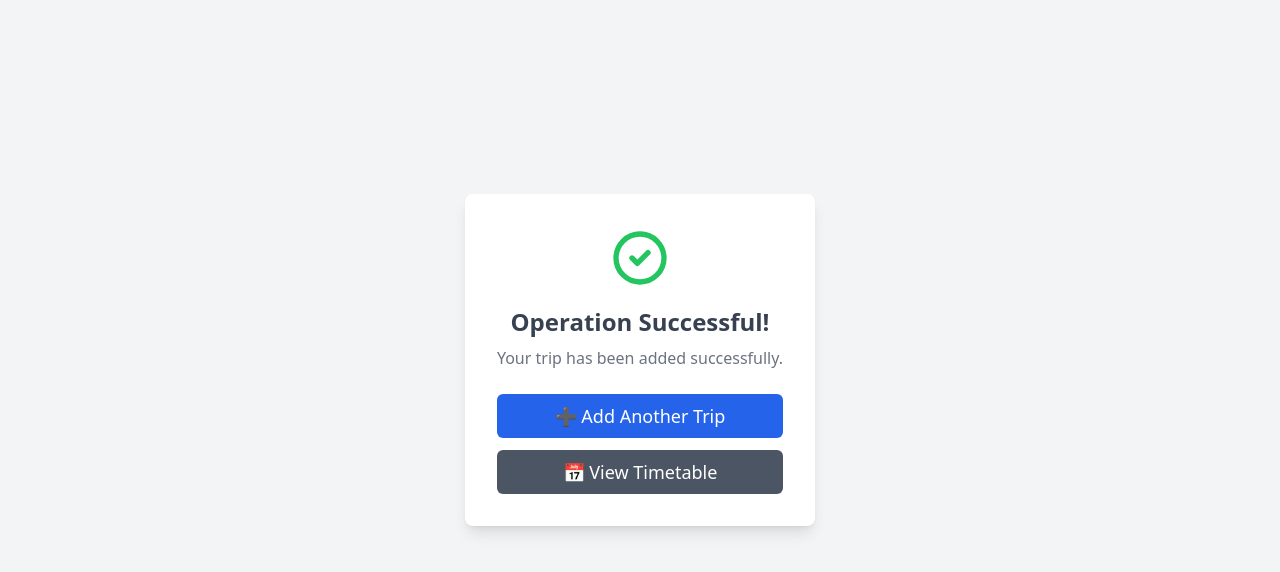
Repository: Trailblazer-dev/Academic-Trip-Booking-System
Page: http://localhost/AcademicTripSystem/success.jsp
The author's editor kept a copy of each file at every save. The page is drawn from the files as they stood at one save, then again after the next save.
The browser window is 1280 px wide. The pictures show the whole page.
Some web libraries are served in a nearby version. The page is served by Tomcat 9.

Above is the page before, as saved 2025-02-25 10:36:21.

After the next save:
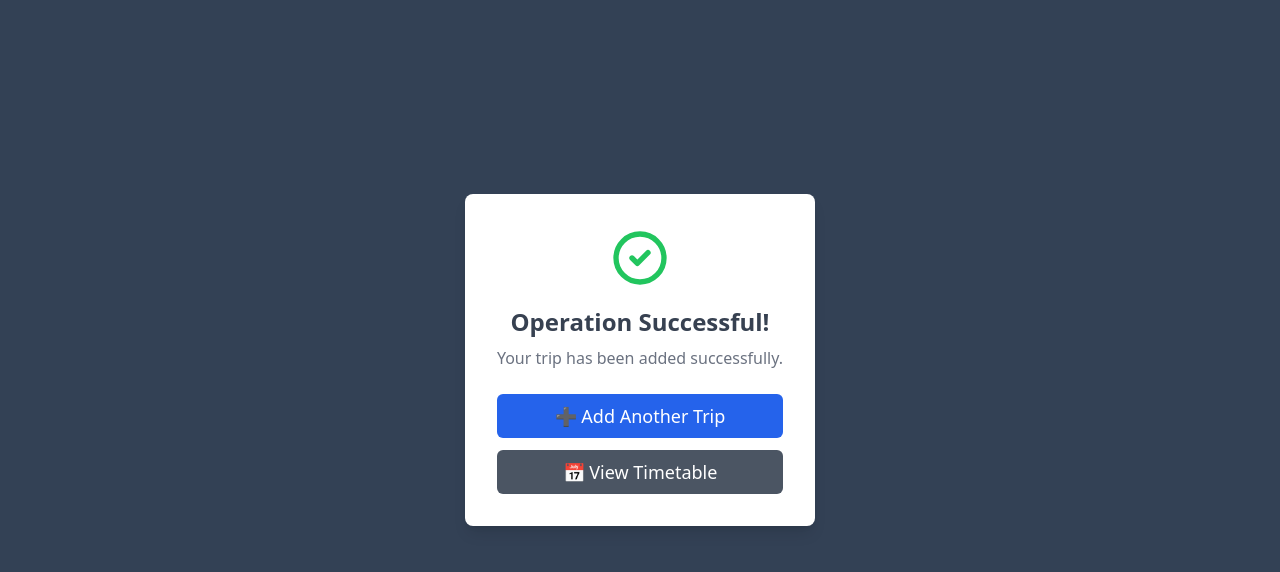
Saved 38 s later.
--- a/AcademicTripSystem/src/main/webapp/success.jsp
+++ b/AcademicTripSystem/src/main/webapp/success.jsp
@@ -4,7 +4,7 @@
     <title>Success</title>
     <script src="https://cdn.tailwindcss.com"></script>
 </head>
-<body class="flex items-center justify-center h-screen bg-gray-100">
+<body class="flex items-center justify-center h-screen bg-slate-700">
     <div class="bg-white p-8 shadow-lg rounded-lg text-center max-w-md">
         <!-- Success Icon & Message -->
         <div class="flex justify-center">
